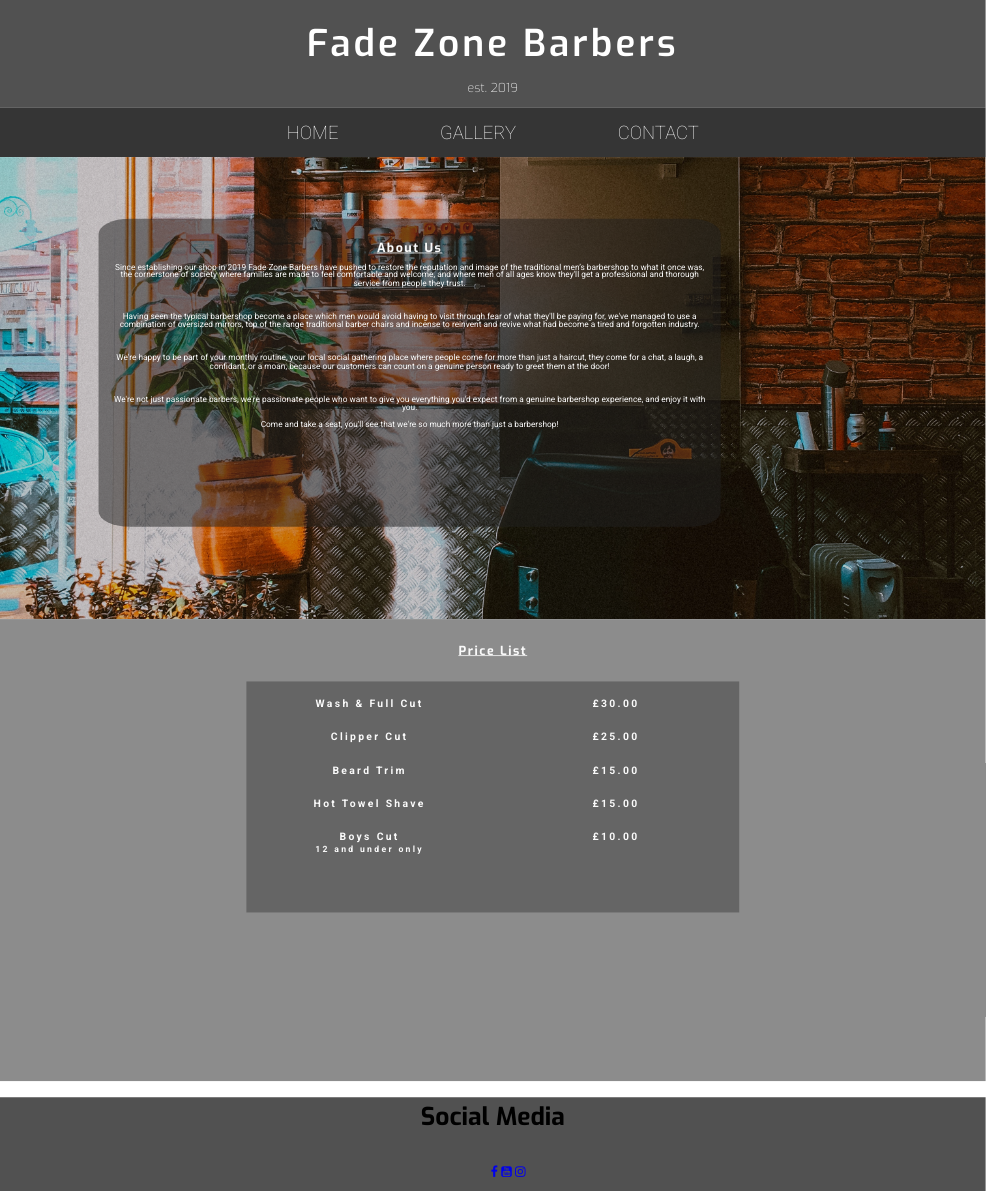
Repository: Boofy360/fade-zone-barbers
Page: index.html
The author's editor kept a record of every edit. The page is drawn from the files as they stood at one moment, then again after the next edit.
The browser window is 1280 px wide. The pictures show the whole page, at 77% of full size.

Above is the page before.

### index.html
<!DOCTYPE html>
<html lang="en">

<head>
    <meta charset="UTF-8">
    <meta name="viewport" content="width=device-width, initial-scale=1.0">
    <meta http-equiv="X-UA-Compatible" content="ie=edge">
    <link rel="stylesheet" href="assets/css/style.css" type="text/css" />
    <link rel="stylesheet" href="https://maxcdn.bootstrapcdn.com/font-awesome/4.7.0/css/font-awesome.min.css" type="text/css" />
    <link rel="stylesheet" href="https://cdnjs.cloudflare.com/ajax/libs/hover.css/2.3.1/css/hover-min.css" type="text/css" />
    <title>Document</title>
</head>

<body>
    <header>
        <div id="heading">
            <h1>Fade Zone Barbers</h1>
            <h2>est. 2019</h2>
            <!----------Figure out how to center---------->
        </div>
    </header>
    <nav>
        <ul id="navbar">
            <li>
                <a href="#">Home</a>
            </li>
            <li>
                <a href="#">Gallery</a>
            </li>
            <li>
                <a href="#">Contact</a>
            </li>
        </ul>
    </nav>
    <section>
        <div id="hero-outer">
            <div id="hero-image">
                <div id="cover-text">
                    <h2>About Us</h2>
                    <p>Since establishing our shop in 2019 Fade Zone Barbers have pushed to restore the reputation and image of the traditional men’s barbershop to what it once was, the cornerstone of society where families are made to feel comfortable and
                        welcome, and where men of all ages know they'll get a professional and thorough service from people they trust.</p><br>
                    <p>Having seen the typical barbershop become a place which men would avoid having to visit through fear of what they'll be paying for, we've managed to use a combination of oversized mirrors, top of the range traditional barber chairs
                        and incense to reinvent and revive what had become a tired and forgotten industry.</p><br>
                    <p>We're happy to be part of your monthly routine, your local social gathering place where people come for more than just a haircut, they come for a chat, a laugh, a confidant, or a moan, because our customers can count on a genuine person
                        ready to greet them at the door!</p><br>
                    <p>We're not just passionate barbers, we're passionate people who want to give you everything you'd expect from a genuine barbershop experience, and enjoy it with you.</p>
                    <p>Come and take a seat, you'll see that we're so much more than just a barbershop!
                    </p>
                </div>
            </div>
        </div>
    </section>
    <section id="prices">
        <h2>Price List</h2>
        <div id="prices-list">
            <div id="left-content">
                <p>Wash & Full Cut</p>
                <p>Clipper Cut</p>
                <p>Beard Trim</p>
                <p>Hot Towel Shave</p>
                <p>Boys Cut<br><small>12 and under only</small></p>
            </div>
            <div id="right-content">
                <p>£30.00</p>
                <p>£25.00</p>
                <p>£15.00</p>
                <p>£15.00</p>
                <p>£10.00</p>
            </div>
        </div>
    </section>
    <footer>
        <h1>Social Media</h1>
        <ul id="social-networks">
            <li><a href="https://www.facebook.com" target="_blank"><i class="fa fa-facebook"></i></a></li>
            <li><a href="https://www.twitter.com" target="_blank"><i class="fa fa-youtube-square"></i></a></li>
            <li><a href="https://www.instagram.com" target="_blank"><i class="fa fa-instagram"></i></a></li>
        </ul>
    </footer>
</body>

</html>

### assets/css/style.css
@import url('https://fonts.googleapis.com/css?family=Roboto:100,200,300,400,500,600,700|Exo:100,200,300,400,500,600,700');

/*--------------------------------------------Special paddings/margins/text*/

body {
    margin: 0;
    padding: 0;
    border: 0;
}

a:link {
    text-decoration: none!important;
}

/*--------------------------------------------Header*/

header {
    background-color: rgba(8, 8, 8, 0.7);
    font-family: "Exo", sans-serif;
    line-height: 50px;
    text-align: center;
}

#heading h1 {
    font-size: 300%;
    letter-spacing: 4px;
    color: #fff;
    font-weight: 600;
    margin: 0;
    padding: 32px 0 8px;
}

#heading h2 {
    font-size: 100%;
    color: #fafafa;
    font-weight: 200;
    margin: 0;
}

/*--------------------------------------------Navbar*/

#navbar {
    background-color: rgba(32, 32, 32, 0.9);
    list-style-type: none;
    margin: 0;
    padding: 0;
    float: none;
    text-align: center
}

#navbar li {
    display: inline-block;
}

#navbar li a {
    font-family: "Roboto", sans-serif;
    color: #fafafa;
    font-size: 150%;
    font-weight: 100;
    text-transform: uppercase;
    padding: 0 64px;
    text-decoration: none;
    display: inline;
    line-height: 64px;
    transition: all 0.35s ease-in-out;
    -moz-transition: all 0.35s ease-in-out;
    -webkit-transition: all 0.35s ease-in-out;
    -o-transition: all 0.35s ease-in-out;
}

#navbar li a:hover {
    color: #ffdf00;
}

/*--#navbar li a:active {
    border-bottom: 5px double #ffdf00;
}*/

/*--------------------------------------------About Us*/

#hero-image {
    background-image: linear-gradient(rgba(0, 0, 0, 0.2), rgba(0, 0, 0, 0.2)), url("../images/salon-chair-background.jpg");
    height: 600px;
    background-position: center;
    background-repeat: no-repeat;
    background-size: cover;
    position: relative;
}


#hero-outer {
    height: 600px;
    width: 100%;
    overflow: hidden;
}

#cover-text h2 {
    letter-spacing: 2px;
    font-family: "Exo", sans-serif;
    text-decoration: underline;


}

#cover-text {
    background-color: rgba(32, 32, 32, 0.5);
    font-family: "Roboto", sans-serif;
    font-size: 1.5vh;
    text-align: center;
    color: #fafafa;
    line-height: 100%;
    width: 60%;
    height: 60%;
    border-radius: 5%;
    padding: 20px 20px;
    bottom: 20%;
    left: 10%;
    position: absolute;
    margin: 0 auto;
}

/*--------------------------------------------Prices*/

#prices {
    background-color: rgba(128, 128, 128, 0.9);
    font-family: "Roboto", sans-serif;
    font-size: 1.5vh;
    text-align: center;
    color: #fafafa;
    width: 100%;
    height: 600px;
    position: relative;
}

#prices h2 {
    text-align: center;
    letter-spacing: 2px;
    font-family: "Exo", sans-serif;
    text-decoration: underline;
    padding: 30px 0;
    margin: 0;
}


#prices-list {
    background-color: rgba(64, 64, 64, 0.5);
    position: absolute;
    width: 50%;
    height: 50%;
    left: 25%;
    line-height: 150%;
    display: inline-block;
}

#left-content {
    float:left;
    width: 50%;
}

#right-content {
    float:right;
    width: 50%;
}

#left-content p,
#right-content p {
    font-size: 1.25em;
    letter-spacing: 3px;
    font-weight: 700;
    padding: 0.5em;

}

/*--------------------------------------------Footer*/

footer {
    background-color: rgba(8, 8, 8, 0.7);
    font-family: "Exo", sans-serif;
    line-height: 50px;
    text-align: center;
}

#social-networks {
    margin: 0;
}

#social-networks li {
    display: inline;
}

After the next edit:
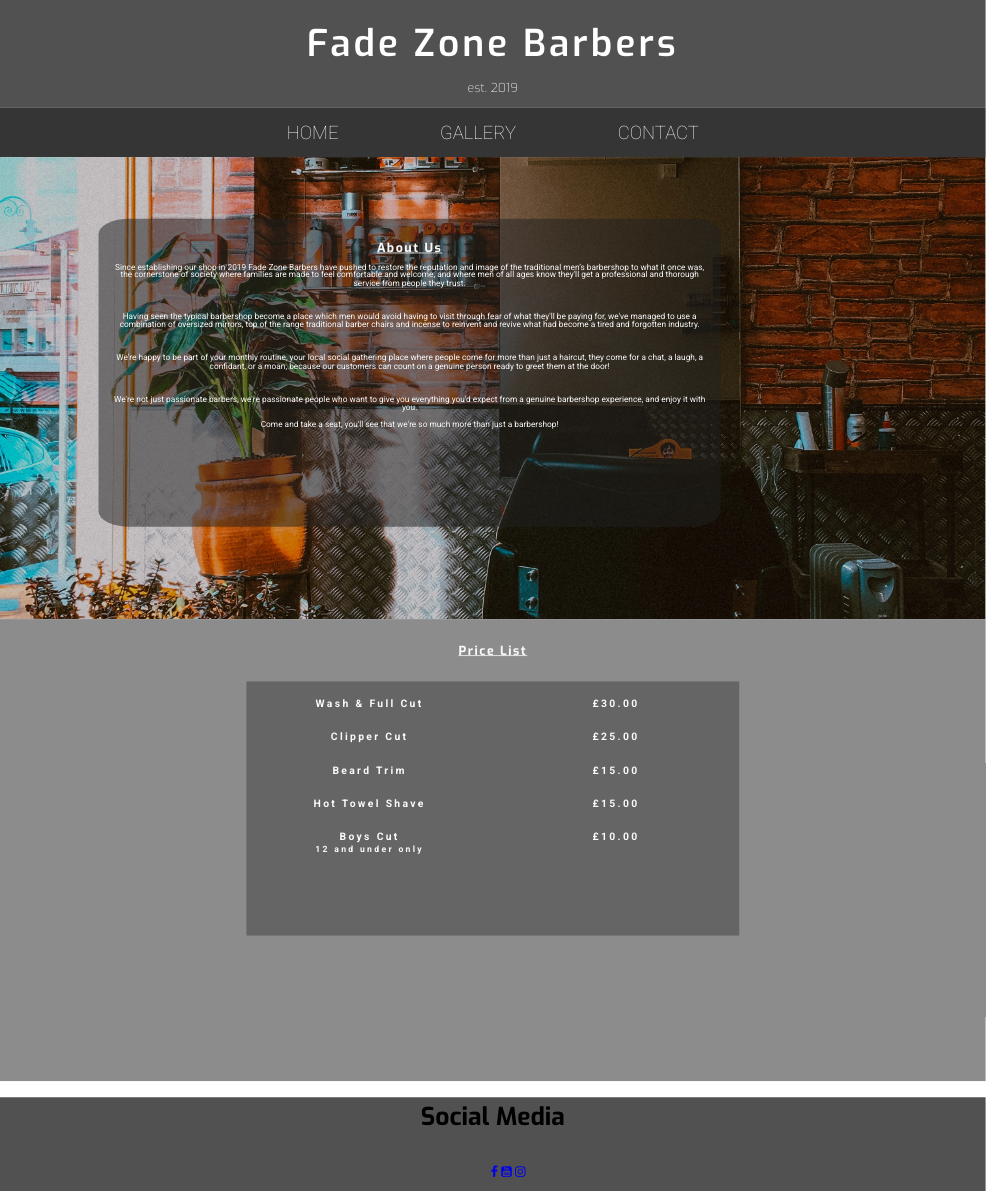
The edit:
--- a/assets/css/style.css
+++ b/assets/css/style.css
@@ -146,7 +146,7 @@
     background-color: rgba(64, 64, 64, 0.5);
     position: absolute;
     width: 50%;
-    height: 50%;
+    height: 55%;
     left: 25%;
     line-height: 150%;
     display: inline-block;
